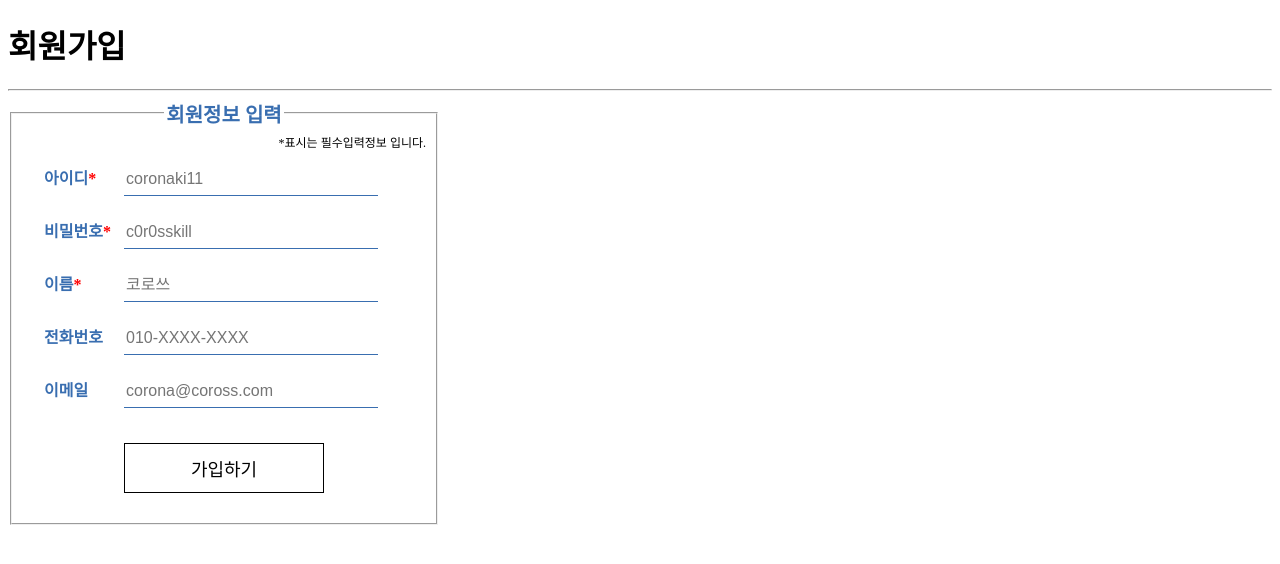
Repository: bbookk1104/spring-workspace
Page: http://localhost/practice_CRUD/joinFrm.do
An editor plug-in stored every save of this project. The page is shown before and after the next save, followed by the edit.
The browser window is 1280 px wide. The pictures show the whole page.
The page is served by Tomcat 9.

Above is the page before, as saved 2022-09-30 10:20:31.

After the next save:
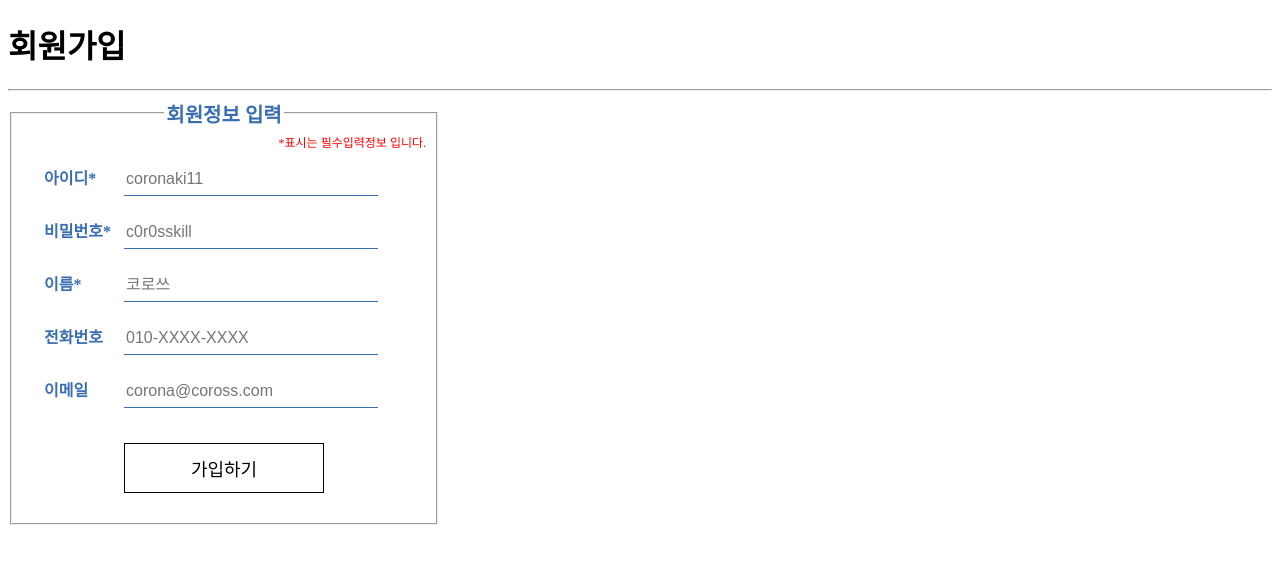
Saved 24 s later.
--- a/practice_CRUD/src/main/webapp/WEB-INF/views/member/joinFrm.jsp
+++ b/practice_CRUD/src/main/webapp/WEB-INF/views/member/joinFrm.jsp
@@ -63,8 +63,6 @@
 		position: absolute;
 		right: 10px;
 		font-size: 12px;
-	}
-	label>span{
 		color: red;
 	}
 </style>
